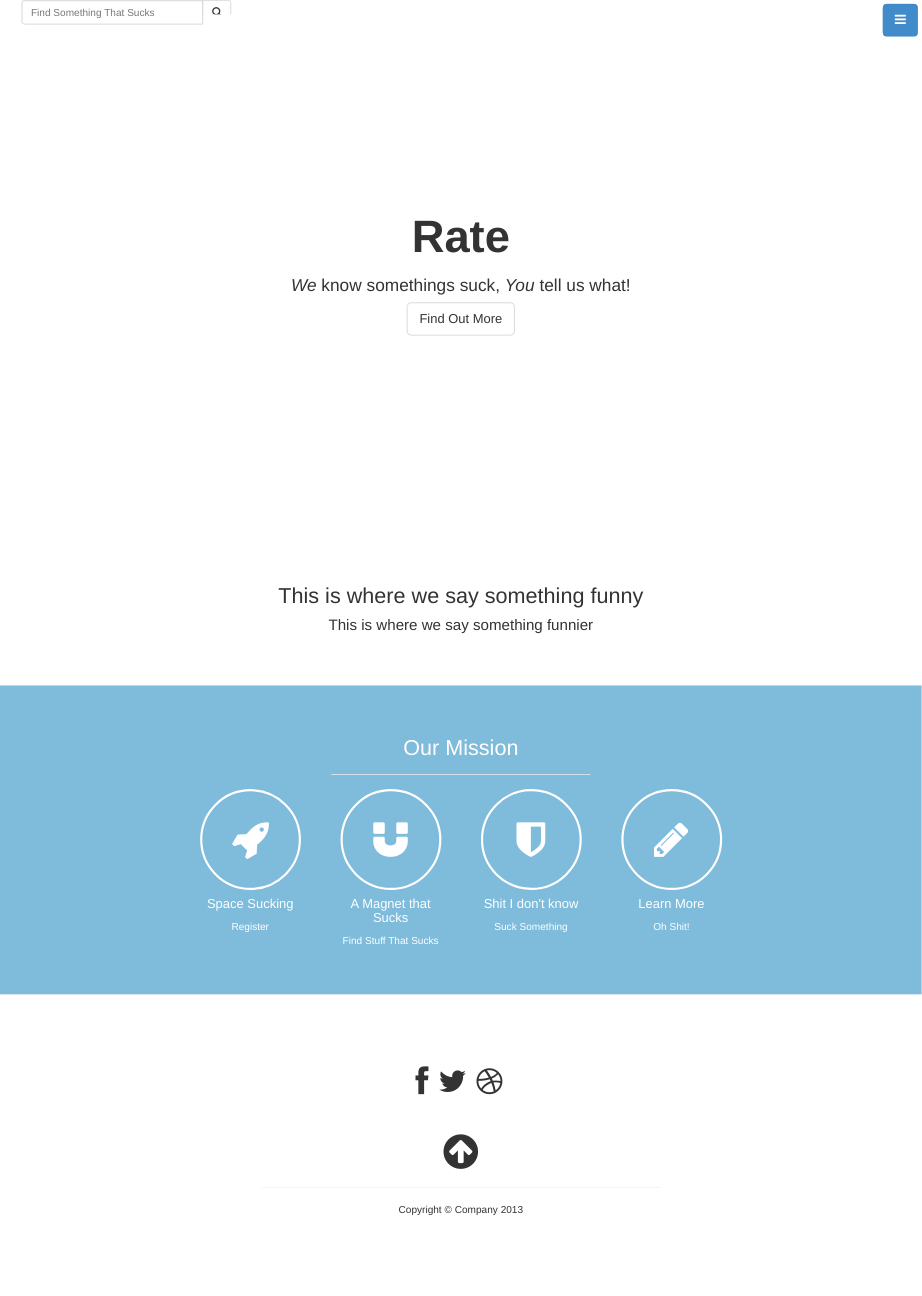
Repository: rajisreehari/sr
Page: http://localhost/SRWeb/WEB-INF/views/sr/home.jsp
The author's editor kept a copy of each file at every save. The page is drawn from the files as they stood at one save, then again after the next save.
The browser window is 1280 px wide. The pictures show the whole page, at 72% of full size.
Backgrounds fixed to the window are drawn as part of the page. The page is served by Tomcat 9. Nobody is signed in. The template is opened directly, without the code that normally fills it, so the values that code supplies are empty.

Above is the page before, as saved 2014-07-16 16:35:43.

After the next save:
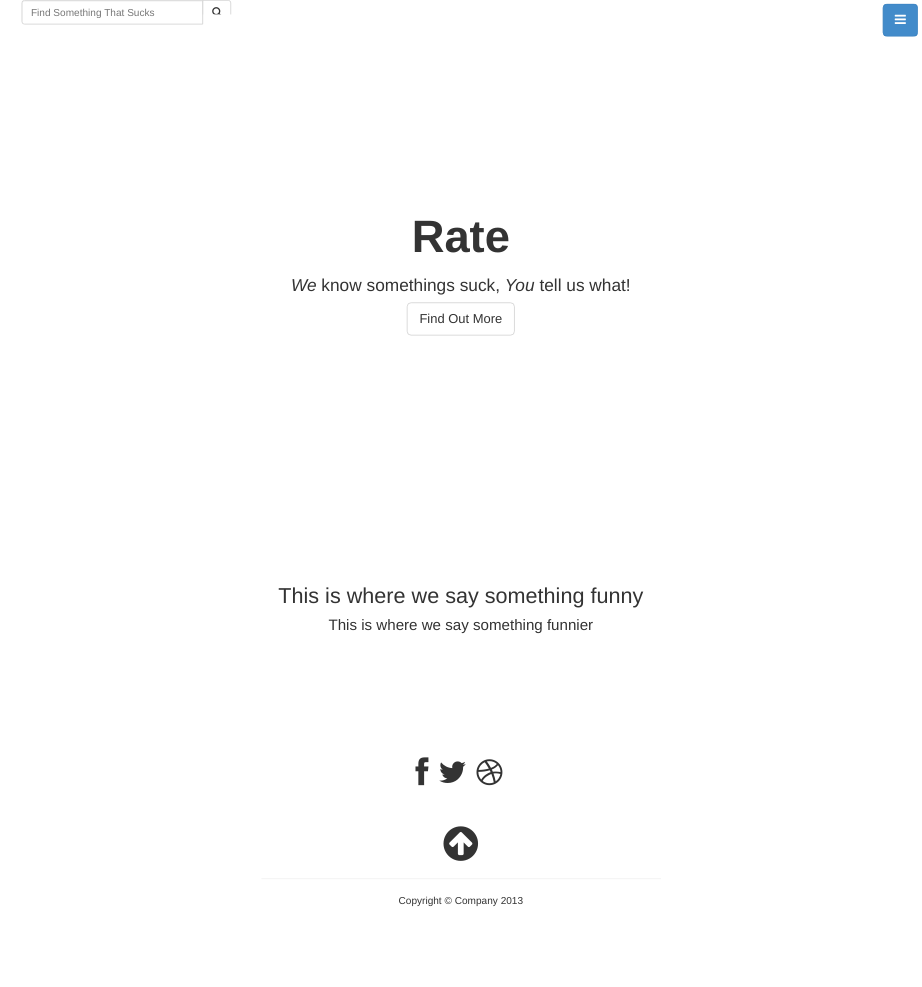
Saved 5 h 36 min later.
--- a/SRWeb/WebContent/WEB-INF/views/sr/home.jsp
+++ b/SRWeb/WebContent/WEB-INF/views/sr/home.jsp
@@ -25,47 +25,5 @@
     </div>
     <!-- /Intro -->
 
-    <!-- Services -->
-    <div id="services" class="services">
-        <div class="container">
-            <div class="row">
-                <div class="col-md-4 col-md-offset-4 text-center">
-                    <h2>Our Mission</h2>
-                    <hr>
-                </div>
-            </div>
-            <div class="row">
-                <div class="col-md-2 col-md-offset-2 text-center">
-                    <div class="service-item">
-                        <i class="service-icon fa fa-rocket"></i>
-                        <h4>Space Sucking</h4>
-                        <p>Register</p>
-                    </div>
-                </div>
-                <div class="col-md-2 text-center">
-                    <div class="service-item">
-                        <i class="service-icon fa fa-magnet"></i>
-                        <h4>A Magnet that Sucks</h4>
-                        <p>Find Stuff That Sucks</p>
-                    </div>
-                </div>
-                <div class="col-md-2 text-center">
-                    <div class="service-item">
-                        <i class="service-icon fa fa-shield"></i>
-                        <h4>Shit I don't know</h4>
-                        <p>Suck Something</p>
-                    </div>
-                </div>
-                <div class="col-md-2 text-center">
-                    <div class="service-item">
-                        <i class="service-icon fa fa-pencil"></i>
-                        <h4>Learn More</h4>
-                        <p>Oh Shit!</p>
-                    </div>
-                </div>
-            </div>
-        </div>
-    </div>
-    <!-- /Services -->
 
 <jsp:include page="../common/footer.jsp" />

After the save that followed:
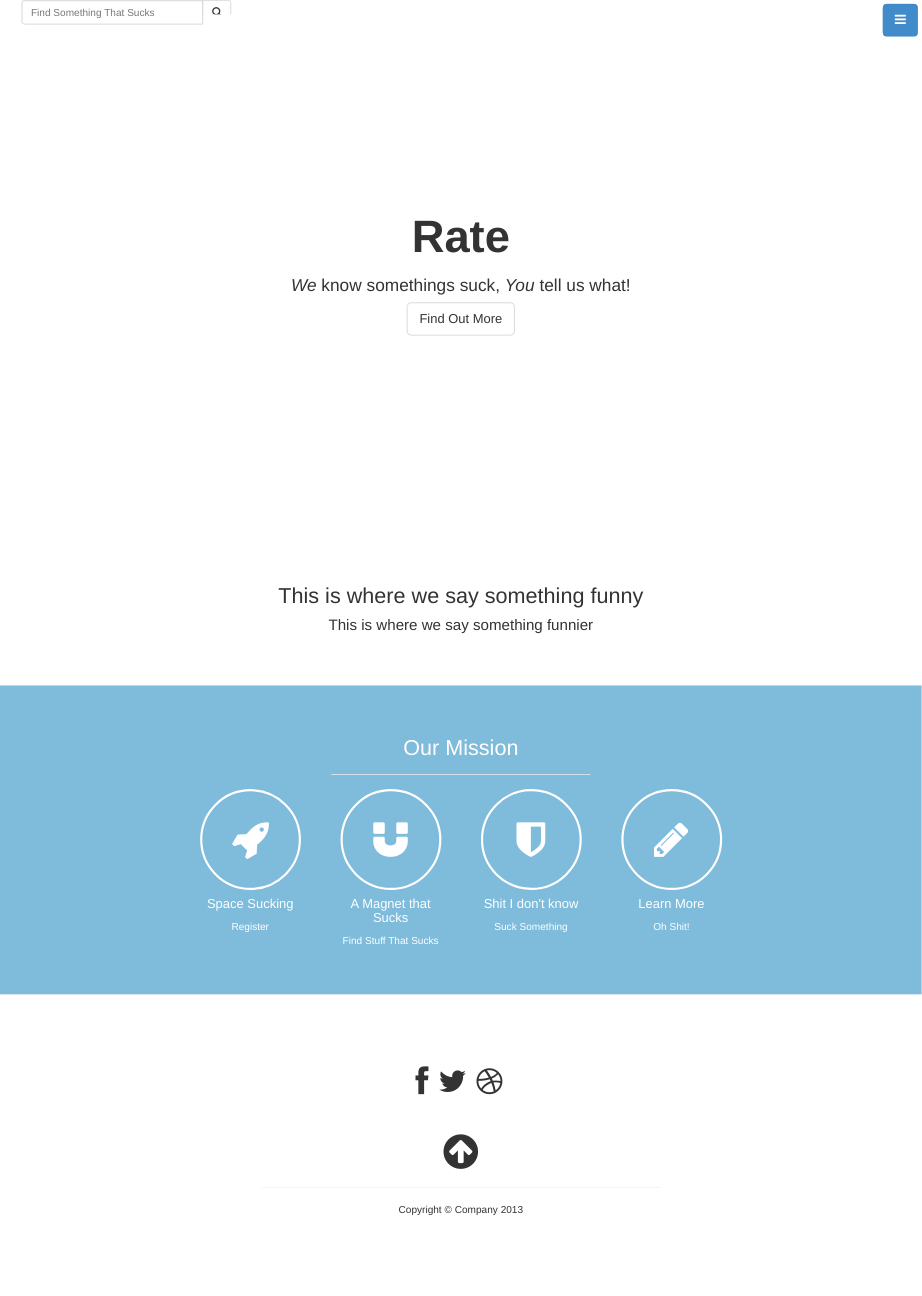
Saved 12 s later.
--- a/SRWeb/WebContent/WEB-INF/views/sr/home.jsp
+++ b/SRWeb/WebContent/WEB-INF/views/sr/home.jsp
@@ -25,5 +25,47 @@
     </div>
     <!-- /Intro -->
 
+    <!-- Services -->
+    <div id="services" class="services">
+        <div class="container">
+            <div class="row">
+                <div class="col-md-4 col-md-offset-4 text-center">
+                    <h2>Our Mission</h2>
+                    <hr>
+                </div>
+            </div>
+            <div class="row">
+                <div class="col-md-2 col-md-offset-2 text-center">
+                    <div class="service-item">
+                        <i class="service-icon fa fa-rocket"></i>
+                        <h4>Space Sucking</h4>
+                        <p>Register</p>
+                    </div>
+                </div>
+                <div class="col-md-2 text-center">
+                    <div class="service-item">
+                        <i class="service-icon fa fa-magnet"></i>
+                        <h4>A Magnet that Sucks</h4>
+                        <p>Find Stuff That Sucks</p>
+                    </div>
+                </div>
+                <div class="col-md-2 text-center">
+                    <div class="service-item">
+                        <i class="service-icon fa fa-shield"></i>
+                        <h4>Shit I don't know</h4>
+                        <p>Suck Something</p>
+                    </div>
+                </div>
+                <div class="col-md-2 text-center">
+                    <div class="service-item">
+                        <i class="service-icon fa fa-pencil"></i>
+                        <h4>Learn More</h4>
+                        <p>Oh Shit!</p>
+                    </div>
+                </div>
+            </div>
+        </div>
+    </div>
+    <!-- /Services -->
 
 <jsp:include page="../common/footer.jsp" />
